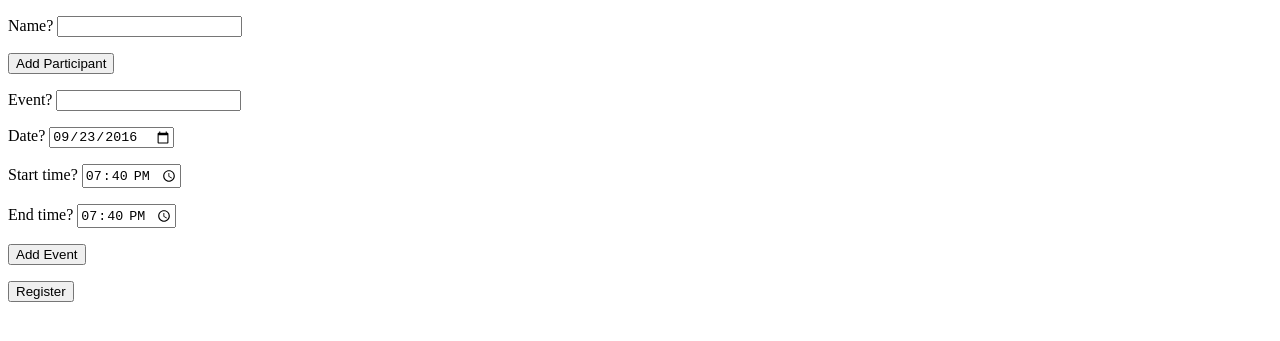
Repository: couttsb/Assignment1
Page: http://localhost/
The author's editor kept a copy of each file at every save. The page is drawn from the files as they stood at one save, then again after the next save.
The browser window is 1280 px wide. The pictures show the whole page.
The page is run by PHP 8.4 with error messages shown; the project is at /var/www/html/.

Above is the page before, as saved 2016-09-28 04:45:24.

After the next save:
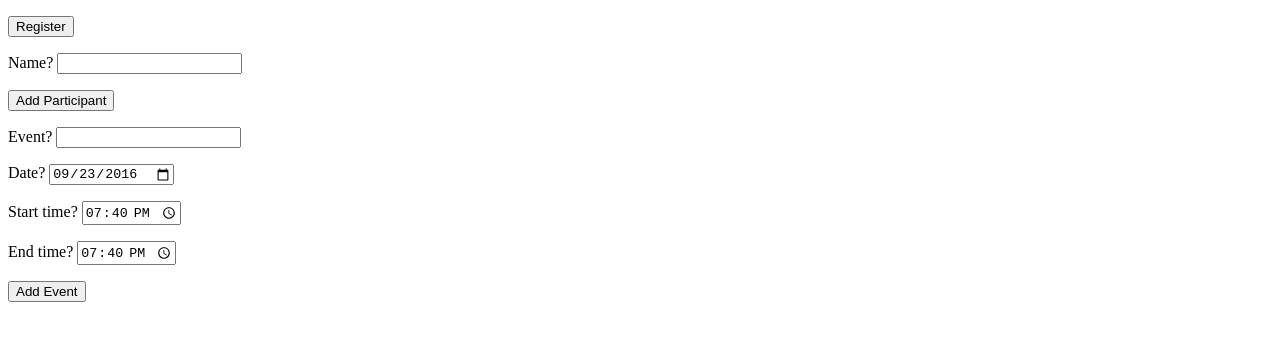
Saved 56 s later.
--- a/Online/EventRegistration/index.php
+++ b/Online/EventRegistration/index.php
@@ -8,6 +8,20 @@
 		</style>
 	</head>
 	<body>
+		<?php
+		require_once "Model/Registration.php";
+		?>
+		<form action="register.php" method="post">
+			<span class="error">
+			<?php
+			if (isset($_SESSION['errorRegister']) && !empty($_SESSION['errorRegister'])) {
+				echo " * " . $_SESSION["errorRegister"];
+			}
+			?>
+			</span>
+			<p><input type="submit" value="Register"/></p>
+		</form>
+
 		<?php
 		require_once "Model/Participant.php";
 
@@ -43,19 +57,5 @@
 			<p>End time? <input type="time" name="endtime" value="<?php echo date('H:i'); ?>" /></p>
 			<p><input type="submit" value="Add Event"/></p>
 		</form>
-
-		<?php
-		require_once "Model/Registration.php";
-		?>
-		<form action="register.php" method="post">
-			<span class="error">
-			<?php
-			if (isset($_SESSION['errorRegister']) && !empty($_SESSION['errorRegister'])) {
-				echo " * " . $_SESSION["errorRegister"];
-			}
-			?>
-			</span>
-			<p><input type="submit" value="Register"/></p>
-		</form>
 	</body>
 </html>
